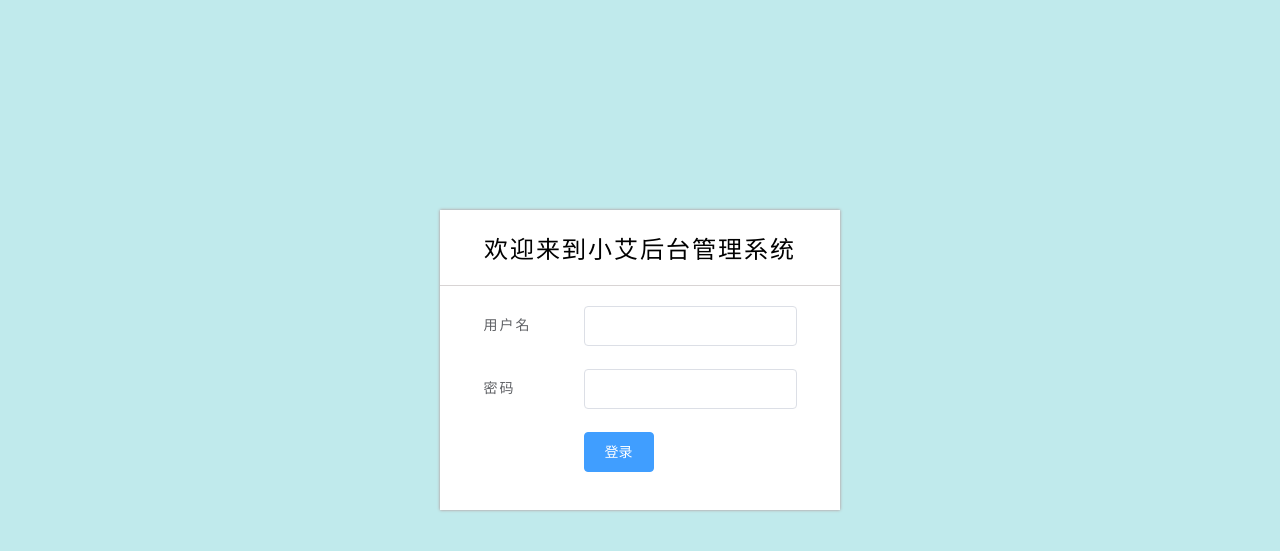
Repository: noob-injoker/router-slots-cw-ee
Page: /Login
An editor plug-in stored every save of this project. The page is shown before and after the next save, followed by the edit.
The browser window is 1280 px wide. The pictures show the whole page.
The project was rebuilt for these pictures with package versions that can differ from the ones it lists, and the page was loaded fresh each time. Also part of the build but not shown: vue.config.js.

Above is the page before, as saved 2020-08-28 17:47:15.

After the next save:
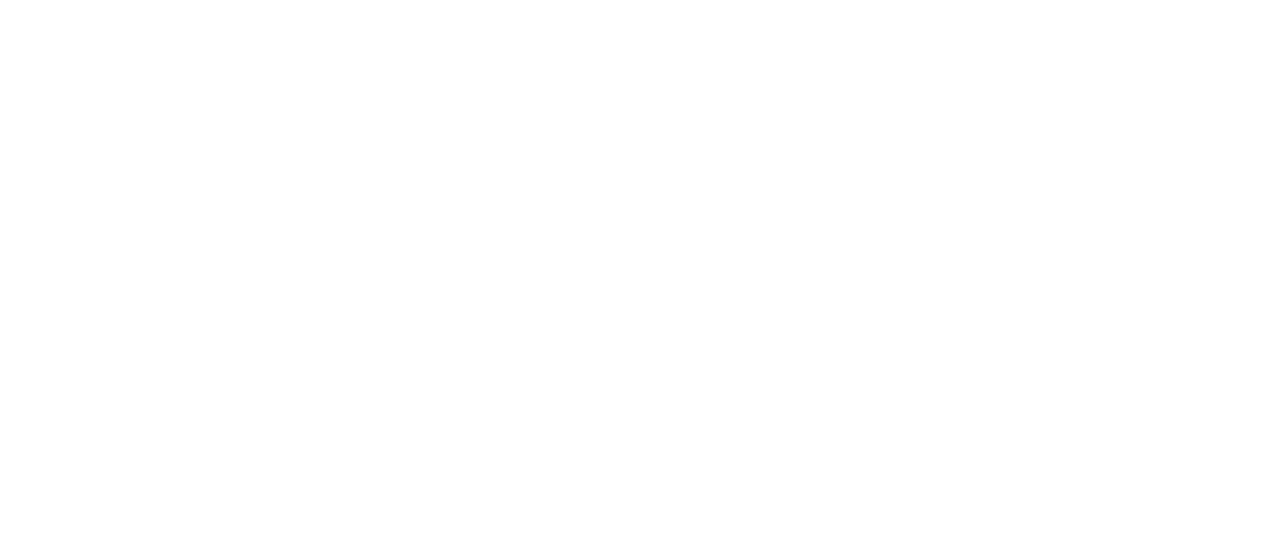
Console error: ReferenceError: user is not defined
Saved 2 min 0 s later.
--- a/src/store/index.js
+++ b/src/store/index.js
@@ -15,5 +15,6 @@
   actions: {
   },
   modules: {
+    user
   }
 })

After the save that followed:
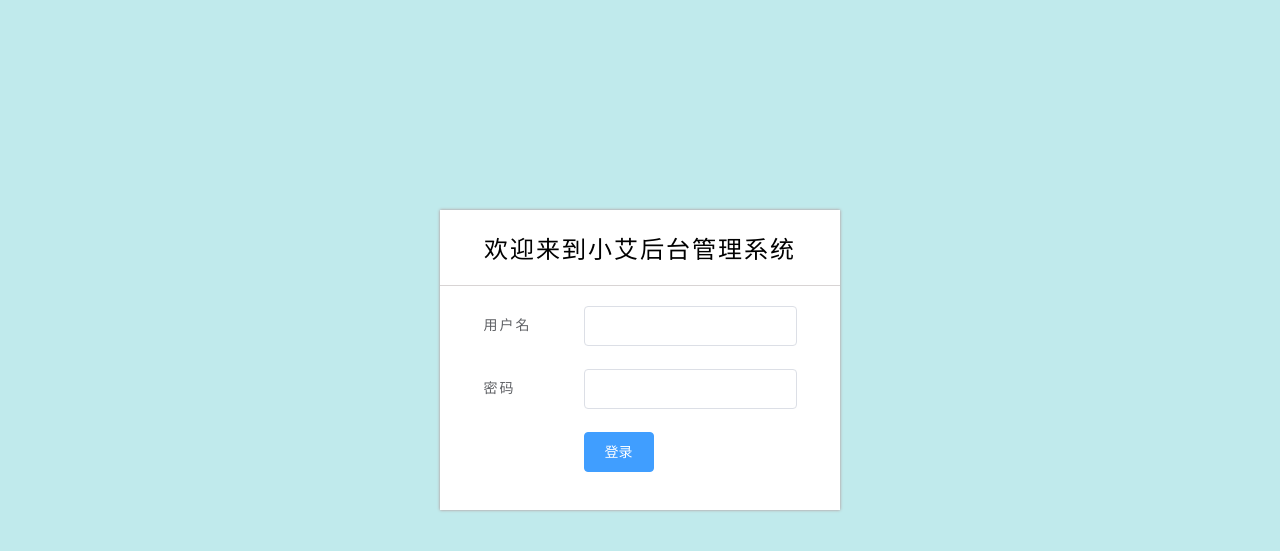
The error is gone.
Saved 14 s later.
--- a/src/store/index.js
+++ b/src/store/index.js
@@ -1,5 +1,6 @@
 import Vue from 'vue'
 import Vuex from 'vuex'
+import user from './user/user'
 
 Vue.use(Vuex)
 
